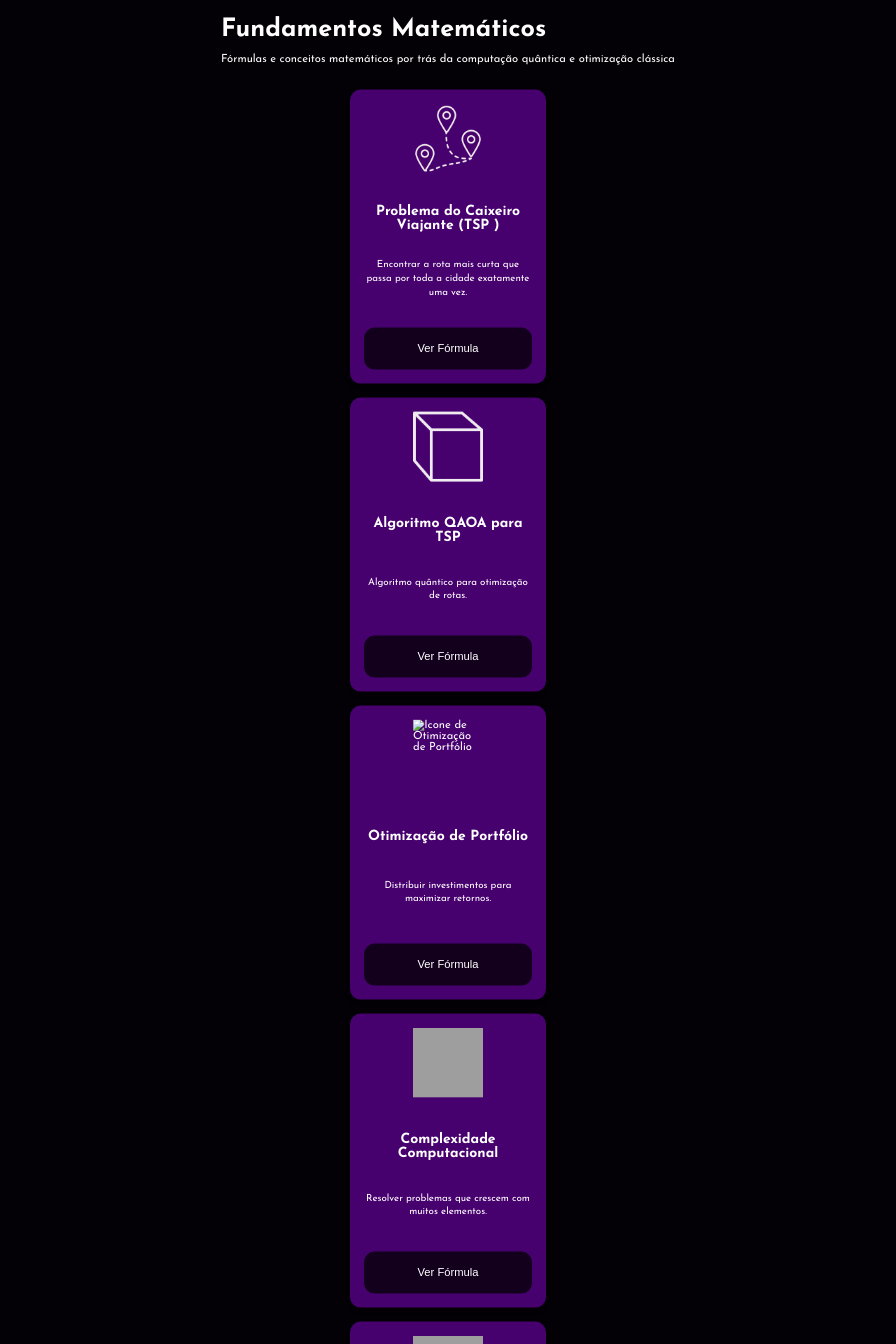
Repository: Everson9/Projeto-de-escalabilidade-quantica-definitivo
Page: fundamentos.html
The author's editor kept a copy of each file at every save. The page is drawn from the files as they stood at one save, then again after the next save.
The browser window is 1280 px wide. The pictures show the part of the page from y = 0 to 1920 px (the page is 3648 px tall), at 70% of full size.
Pictures or frames that could not be fetched are drawn as grey boxes.

Above is the page before, as saved 2025-10-01 09:36:14.

After the next save:
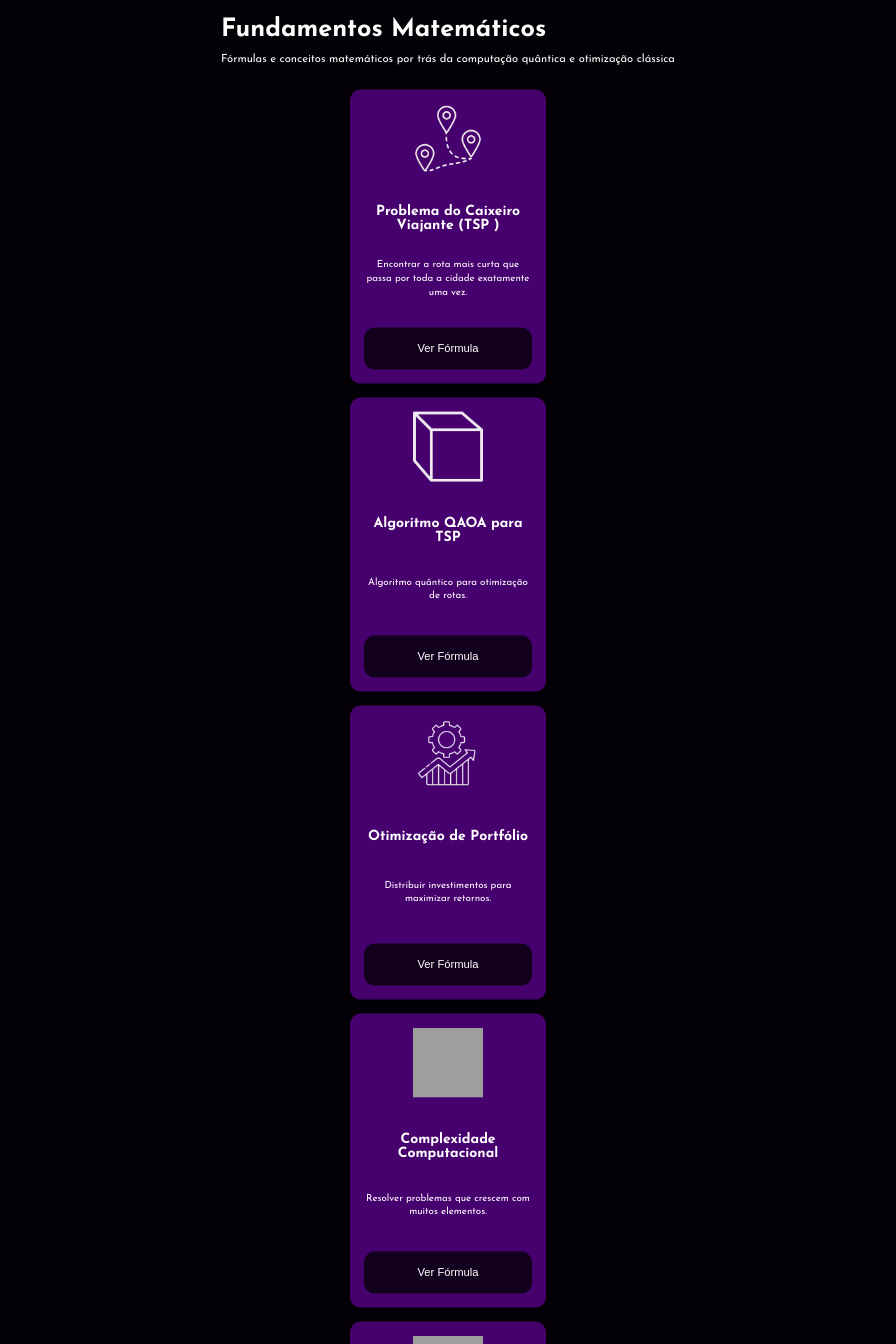
Saved 6 s later.
--- a/fundamentos.html
+++ b/fundamentos.html
@@ -31,7 +31,7 @@
                 <button class="button">Ver Fórmula</button>
             </div>
             <div class="formula_1">
-                <img src="" alt="Ícone de Otimização de Portfólio">
+                <img src="imgs_icones/OtimizacaoPortfolio.png" alt="Ícone de Otimização de Portfólio">
                 <h4>Otimização de Portfólio</h4>
                 <p>Distribuir investimentos para maximizar retornos.</p>
                 <button class="button">Ver Fórmula</button>
